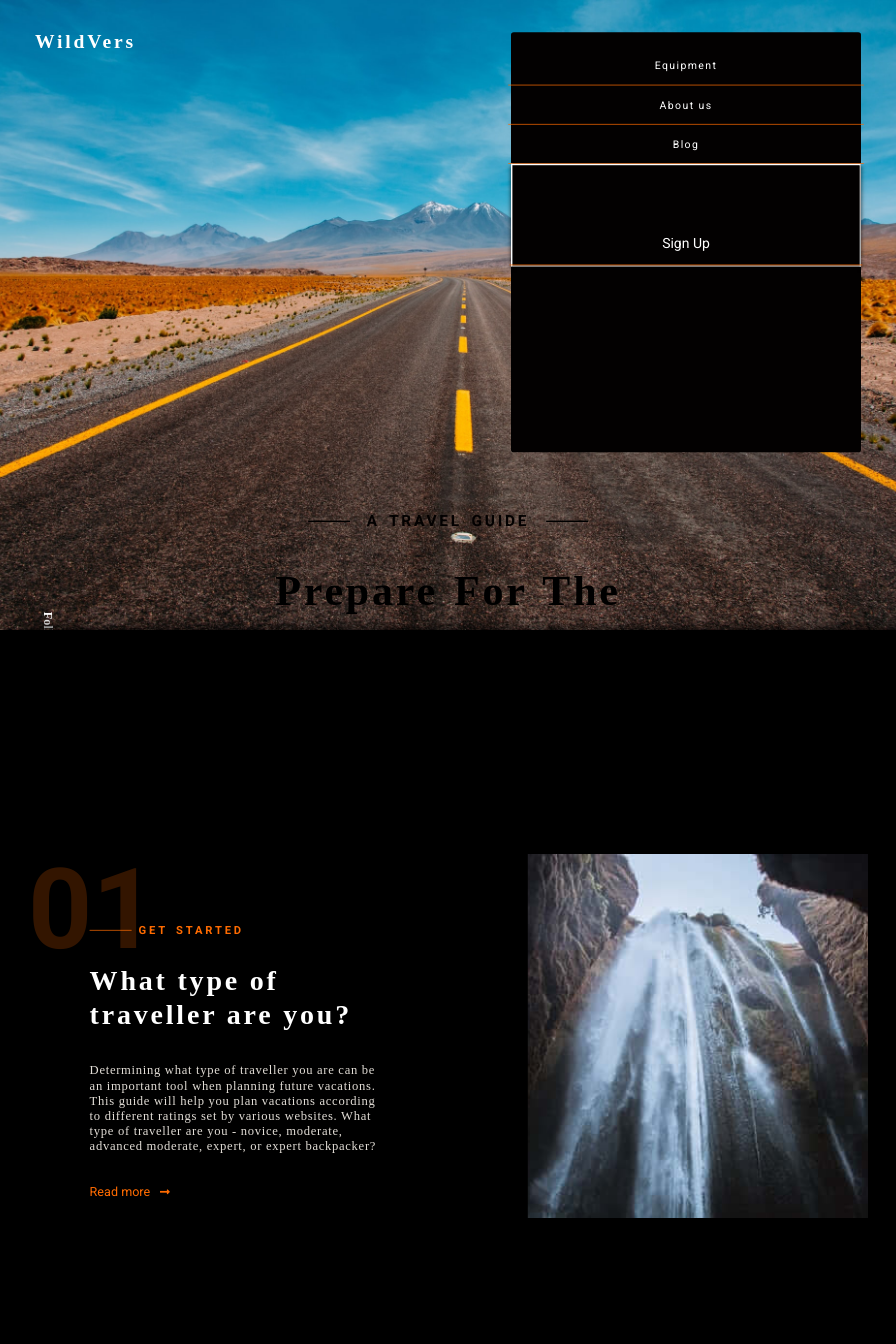
Repository: Hunga9k50doker/wildver-travel
Page: src/index.html
The author's editor kept a copy of each file at every save. The page is drawn from the files as they stood at one save, then again after a run of saves.
The browser window is 1280 px wide. The pictures show the part of the page from y = 0 to 1920 px (the page is 8111 px tall), at 70% of full size.
Some web fonts or font styles are not loaded; a fallback is used. The style sheet was rebuilt from its Sass, Less or Tailwind sources for each picture, by a compiler version that may differ from the author's.

Above is the page before, as saved 2021-09-01 17:04:25.

### src/index.html
<!DOCTYPE html>
<html lang="en">
<head>
    <meta charset="UTF-8">
    <meta http-equiv="X-UA-Compatible" content="IE=edge">
    <meta name="viewport" content="width=device-width, initial-scale=1.0">
    <link href="https://fonts.googleapis.com/css2?family=Hina+Mincho&family=Roboto:wght@400;700&display=swap" rel="stylesheet">
    <link rel="stylesheet" href="public/css/normalize.min.css">
    <link rel="stylesheet" href="public/css/grid.css">
    <link rel="stylesheet" href="public/css/base.css">
    <link rel="stylesheet" href="public/css/header.css">
    <link rel="stylesheet" href="public/css/container.css">
    <link rel="stylesheet" href="public/css/footer.css">
    <link rel="stylesheet" href="public/css/responsive.css">
    <link rel="stylesheet" href="public/vendor/fontawesome-free-5.15.3-web/css/all.min.css">
    <title>WildVers</title>
</head>
<body>
    <div style="background: #000;" class="app">
<!-- =====================header================================ -->
        <section class="header">
            <section class="header_nav">
                <h1 class="header_nav-home">WildVers</h1>
                <div class="header_nav-body header_nav-body-mobile">
                    <a href="/" class="header_nav-body-item">Equipment</a>
                    <a href="/" class="header_nav-body-item">About us</a>
                    <a href="/" class="header_nav-body-item">Blog</a>
                    <button class=" header_nav-body-item header_nav-body-res">Sign Up</button>
                </div>
                <div class="header_nav-body-mobile-icon">
                    <i class="header_nav-body-mobile-icon-open active fas fa-bars"></i>
                    <i class="header_nav-body-mobile-icon-close fas fa-times"></i>
                </div>
            </section>
            <section class="header_contain">
                <div class="header_contain-follow">
                    <p>Follow us</p>
                   <a href="/">
                       <i class="fab fa-instagram"></i>
                   </a>
                   <a href="/">
                       <i class="fab fa-twitter-square"></i>
                   </a>
                </div>
                <div class="header_contain-content">
                    <h3 class="header_contain-content-title">A travel guide</h3>
                    <h2>Prepare For The</h2>
                    <h2> Adventure!</h2>
                    <button class="btn">Let's Go</button>
                </div>
            </section>
        </section>
<!-- =====================body================================ -->

        <section class="container">
            <section class="grid wide">
                <ul class="container_list">

                    <li class="container_list-item">
                        <section class="row ">
                            <section  class="col l-7 m-7 c-7">
                                <div class="container_list-item-number">01</div>
                                <div class="container_list-item-content">
                                        <h3>Get started</h3>
                                        <h4 class="container_list-item-content-title" >What type of traveller are you?</h4>
                                        <p>Determining what type of traveller you are can be an important tool
                                            when planning future vacations. This guide will help you plan
                                            vacations according to different ratings set by various websites. What
                                            type of traveller are you - novice, moderate, advanced moderate,
                                            expert, or expert backpacker?
                                        </p>
                                        <a href="/">
                                            Read more
                                            <i class="fas fa-long-arrow-alt-right"></i>
                                        </a>
                                </div>
                            </section>
                            <section class="col l-5 m-5 c-5">
                                <div class="container_list-item-img">
                                    <picture >
                                        <source srcset="public/img/m3.jpg"
                                                media="(min-width: 800px)">
                                        <img src="public/img/m1.jpg" alt="" />
                                    </picture>
                                </div>
                            </section>
                        </section>
                    </li>

                    <li class="container_list-item">
                        <section class="row ">
                            <section class="col l-5 m-5 c-5">
                                <div class="container_list-item-img">
                                    <picture >
                                        <source srcset="public/img/m4.jpg"
                                                media="(min-width: 800px)">
                                        <img src="public/img/m1.jpg" alt="" />
                                    </picture>
                                </div>
                            </section>
                            <section  class="col l-7 m-7 c-7">
                                <div class="container_list-item-number">02</div>
                                <div class="container_list-item-content">
                                        <h3>WHERE YOU GO IS THE KEY</h3>
                                        <h4 class="container_list-item-content-title">Picking the right Destination!</h4>
                                        <p>You've made the decision you want to travel more this year. You've
                                            realised experiences are more important than possessions and you've
                                            put together a plan to start saving for your next big trip.
                                            But how are you going to decide where to actually go? Whichever
                                            situation you're in, we have a tips to help you choose your travel
                                            destinations.
                                        </p>
                                        <a href="/">
                                            Read more
                                            <i class="fas fa-long-arrow-alt-right"></i>
                                        </a>
                                </div>
                            </section>
                        </section>
                    </li>

                    <li class="container_list-item">
                        <section class="row ">
                            <section  class="col l-7 m-7 c-7">
                                <div class="container_list-item-number">03</div>
                                <div class="container_list-item-content">
                                        <h3>KNOW THE COUNTRY</h3>
                                        <h4 class="container_list-item-content-title">Understand the Locals and their Traditions</h4>
                                        <p>Before you head out, do your research on the different customs (the
                                            do's and don'ts) of the country you're traveling to. For instance, what
                                            percentage do they typically tip? Are there different laws? Are there
                                            common tourist scanms? Will there be any cultural events while you're
                                            there? There are a lot of things you might not even think of, but it's
                                            simple enough to research "do's and don'ts" infographics on different
                                            countries for that information.
                                        </p>
                                        <a href="/">
                                            Read more
                                            <i class="fas fa-long-arrow-alt-right"></i>
                                        </a>
                                </div>
                            </section>
                            <section class="col l-5 m-5 c-5">
                                <div class="container_list-item-img">
                                    <picture >
                                        <source srcset="public/img/m5.jpg"
                                                media="(min-width: 800px)">
                                        <img src="public/img/m1.jpg" alt="" />
                                    </picture>
                                </div>
                            </section>
                        </section>
                    </li>

                    <li class="container_list-item">
                        <section class="row ">
                            <section  class="col l-6 m-6 c-12">
                                    <div class="container_list-item-content">
                                        <h4 class="container_list-item-content-title">Let's Explore The World</h4>
                                        <button class="btn btn-primary">Explore</button>
                                    </div>
                                </section>
                                <section class="col l-6 m-6 c-12">
                                        <p class="container_list-item-text">There's a whole wide world out there, and it contains so many
                                            unknowns - but we all only get one life. At WildVers, we believe that we
                                            should travel the world while we have the chance.
                                            If you're just starting to think about why you should travel, or you're
                                            looking for travel inspiration, then we're here to help. Here are some of
                                            the best countries you should definitely visit.
                                        </p>
                                </section>
                        </section>
                    </li>

                    <li class="container_list-item container_list-item-slideShow">
                        <section class="row ">
                                <section class="container_list-item-img container_list-item-img-slider">

                                       <picture class="container_list-item-img-slider-single">
                                           <source srcset="public/img/canada.jpg"
                                           media="(min-width: 740px)">
                                           <img src="public/img/m1.jpg" alt="" />
                                        </picture>

                                       <picture class="container_list-item-img-slider-single">
                                           <source srcset="public/img/china.jpg"
                                           media="(min-width: 740px)">
                                           <img src="public/img/m1.jpg" alt="" />
                                        </picture>

                                       <picture class="container_list-item-img-slider-single active">
                                           <source srcset="public/img/greece.jpg"
                                           media="(min-width: 740px)">
                                           <img src="public/img/m1.jpg" alt="" />
                                        </picture>

                                       <picture class="container_list-item-img-slider-single">
                                           <source srcset="public/img/italy.jpg"
                                           media="(min-width: 740px)">
                                           <img src="public/img/m1.jpg" alt="" />
                                        </picture>

                                       <picture class="container_list-item-img-slider-single">
                                           <source srcset="public/img/hanquoc.jpg"
                                           media="(min-width: 740px)">
                                           <img src="public/img/m1.jpg" alt="" />
                                        </picture>

                                        <picture class="container_list-item-img-slider-single">
                                            <source srcset="public/img/norway.jpg"
                                            media="(min-width: 740px)">
                                            <img src="public/img/m1.jpg" alt="" />
                                         </picture>

                                        <picture class="container_list-item-img-slider-single">
                                            <source srcset="public/img/soufthafica.jpg"
                                            media="(min-width: 740px)">
                                            <img src="public/img/m1.jpg" alt="" />
                                         </picture>

                                        <picture class="container_list-item-img-slider-single">
                                            <source srcset="public/img/thailand.jpg"
                                            media="(min-width: 740px)">
                                            <img src="public/img/m1.jpg" alt="" />
                                         </picture>

                            </section>
                        </section>
                    </li>

                    <li class="container_list-item container_list-item-reason ">
                        <section class="row">
                            <section class="col l-12 m-12 c-12">
                                <div class="container_list-item-content container_list-item-content-reason">
                                    <h4 style="margin:0;max-width: 100%;" class="container_list-item-content-title">
                                        Why Choose Us?
                                    </h4>
                                    <p>
                                        We are passionate travellers that spent years exploring the world. We are also the only
                                        non-profit travel guide in the world. We are doing this because we want to support travelling
                                        after the pandemic.
                                    </p>
                                </div>
                            </section>

                        </section>
                    </li>

                    <li class="container_list-item">
                        <div class="row">
                          <div class="col l-4 m-4 c-4">
                              <div class="container_list-item-achievements">
                                  <i class="fas fa-users"></i>
                                  <h3>15K+</h3>
                                  <h4>Global Customers</h4>
                                  <p>We have Over 15,000 loyal customers
                                        that come to our website every month.
                                        And we are still growing.
                                  </p>
                              </div>
                          </div>
                          <div class="col l-4 m-4 c-4">
                            <div class="container_list-item-achievements">
                                <i class="fas fa-map-marked-alt"></i>
                                <h3>1790</h3>
                                <h4>Completed Tours</h4>
                                <p>We've organised over 1790 tours in the
                                    last 3 years in more than 500 cities
                                    around the world.
                                </p>
                            </div>
                        </div>
                        <div class="col l-4 m-4 c-4">
                            <div class="container_list-item-achievements">
                                <i class="fas fa-globe-europe"></i>
                                <h3>100+</h3>
                                <h4>Countries Visited</h4>
                                <p>Passionate followers of our travel guides
                                    have visited over 100+ coutries in the
                                    last 2 years.
                                </p>
                            </div>
                        </div>

                        </div>
                    </li>
                    <li class="container_list-item">
                        <div class="row">
                            <div class="col l-12 m-12 c-12">
                                <div class="container_list-item-visit-tours">
                                    <h3>For Travel Experience Book Online Today
                                    </h3>
                                    <p>We offer over 700 different tours around the world. Just pick the place, time and
                                        the tour is yours. Nothing close to your city'? Than contact us so we can organise a
                                        tour in your neighbourhood.
                                    </p>
                                    <button class="btn btn-primary">See tours</button>
                                </div>
                            </div>
                        </div>
                    </li>
                    <li class="container_list-item">
                        <section class="row ">
                            <section  class="col l-6 m-12 c-12">
                                    <div class="container_list-item-content container_list-item-places">
                                        <h4 class="container_list-item-content-title">Explore The Most Beautiful Places In The World </h4>
                                        <p class="container_list-item-content-text">Whether you're exploring your own city or an unfamiliar destination
                                            in any of the four corners of the globe, our list of the best places to
                                            explore will ignite a fire of curiosity, inspiration and motivation in
                                            your belly.
                                        </p>
                                        <button class="btn btn-primary">Explore</button>
                                    </div>
                                </section>

                        </section>
                    </li>
                    <li class="container_list-item mostPlacesImg">
                        <section class="row">
                                <div class="container_list-item-mostPlacesImg">
                                    <img src="/src/public/img/greece.jpg" alt="">
                                    <img src="/src/public/img/norway.jpg" alt="">
                                    <img src="/src/public/img/thuysi.jpg" alt="">
                                    <img src="/src/public/img/china.jpg" alt="">
                                    <img src="/src/public/img/italy.jpg" alt="">
                                    <img src="/src/public/img/soufthafica.jpg" alt="">
                                 </div>
                        </section>
                    </li>
                </ul>
            </section>
        </section>
<!-- =====================footer================================ -->
        <section class="footer">
            <section class="row">
                <div class="col l-6 m-6 c-6">
                    <div class="footer__brand">
                        <h2>
                           WildVers
                        </h2>
                        <h3>Get out there & discover your next slope,
                            mountain & destination!</h3>
                        <p>Copyright 2021 WildVers, Inc. Terms &Privacy</p>
                    </div>
                </div>
                <div class="col l-3 m-3 c-6">
                    <div class="footer__title">
                        Quick links
                    </div>
                    <ul class="footer__list">
                        <li class="footer__list-item active"><a href="#">Home</a></li>
                        <li class="footer__list-item"><a href="/">About</a></li>
                        <li class="footer__list-item"><a href="/">Write For Us</a></li>
                        <li class="footer__list-item"><a href="/">Contact Us</a></li>
                        <li class="footer__list-item"><a href="/">Privacy Policy</a></li>
                    </ul>
                </div>
                <div class="col l-3 m-3 c-6">
                    <div class="footer__title">
                       Features
                    </div>
                    <ul class="footer__list">
                        <li class="footer__list-item"><a href="/">Popular Destinations</a></li>
                        <li class="footer__list-item"><a href="/">List of Tours</a></li>
                        <li class="footer__list-item"><a href="/">Gallery</a></li>
                        <li class="footer__list-item"><a href="/">Travel On a Budget</a></li>
                        <li class="footer__list-item"><a href="/">Travelling With Kids</a></li>
                    </ul>
                </div>
            </section>
        </section>
    </div>
</body>
</html>

### src/resources/scss/_variables.scss
$orange-color: #ff6b00;
$white-color: #fff;
$text-color: #e2ddd6;
$waxen-color: #f9caa9;
$black-color: #030101;

Loaded but not shown: src/public/vendor/fontawesome-free-5.15.3-web/css/all.min.css (library); src/resources/scss/container.scss (294 lines, source omitted); src/public/css/grid.css (594 lines, source omitted); src/resources/scss/header.scss (203 lines, source omitted); src/public/css/responsive.css (163 lines, source omitted); src/resources/scss/footer.scss (85 lines, source omitted); src/public/css/normalize.min.css (2 lines, source omitted); src/resources/scss/base.scss (82 lines, source omitted)

After the next 2 saves:
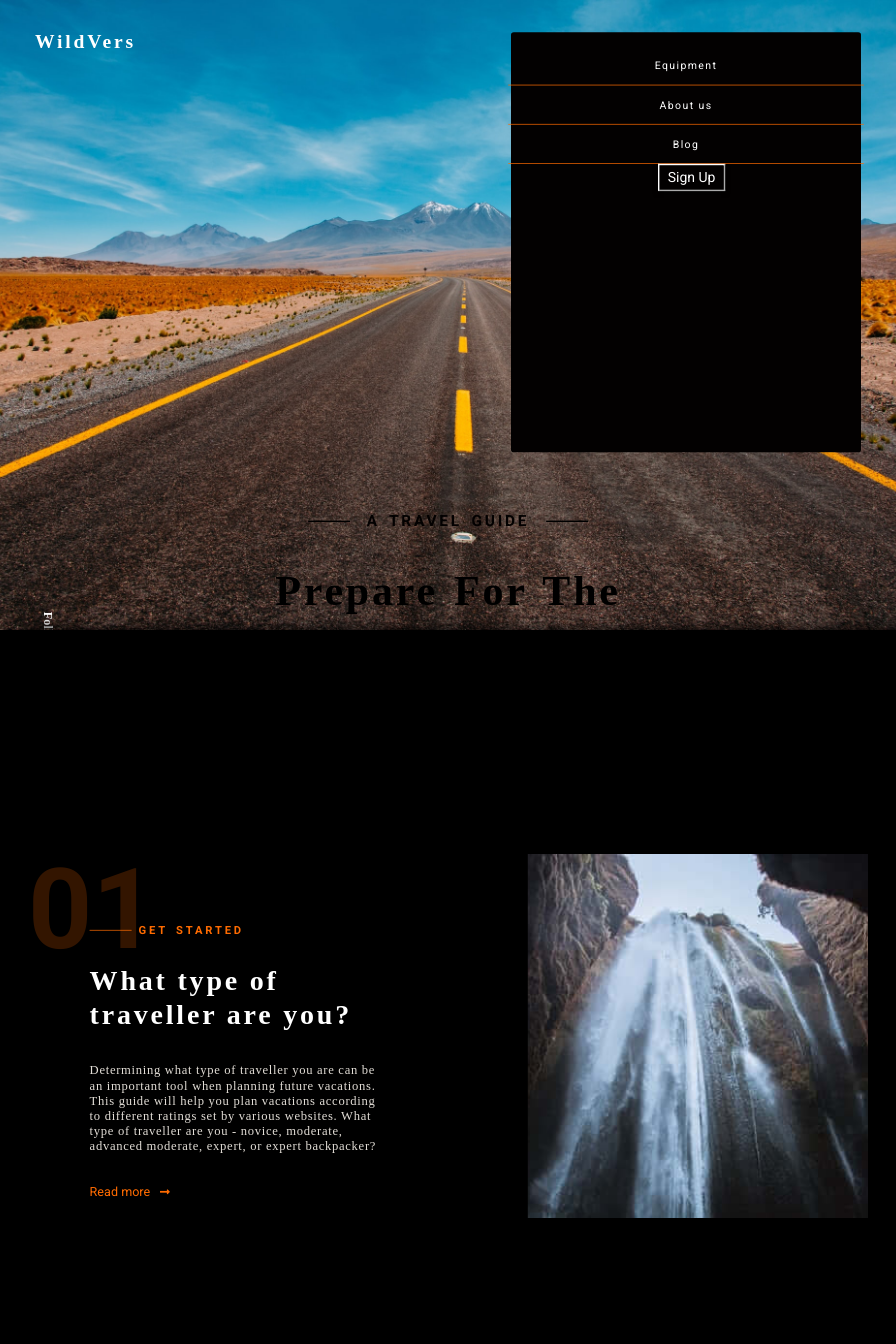
The 2 saves are shown as one change because they came seconds apart.
The last was saved 19 s later.
--- a/src/index.html
+++ b/src/index.html
@@ -25,7 +25,7 @@
                     <a href="/" class="header_nav-body-item">Equipment</a>
                     <a href="/" class="header_nav-body-item">About us</a>
                     <a href="/" class="header_nav-body-item">Blog</a>
-                    <button class=" header_nav-body-item header_nav-body-res">Sign Up</button>
+                    <button class="header_nav-body-res">Sign Up</button>
                 </div>
                 <div class="header_nav-body-mobile-icon">
                     <i class="header_nav-body-mobile-icon-open active fas fa-bars"></i>
